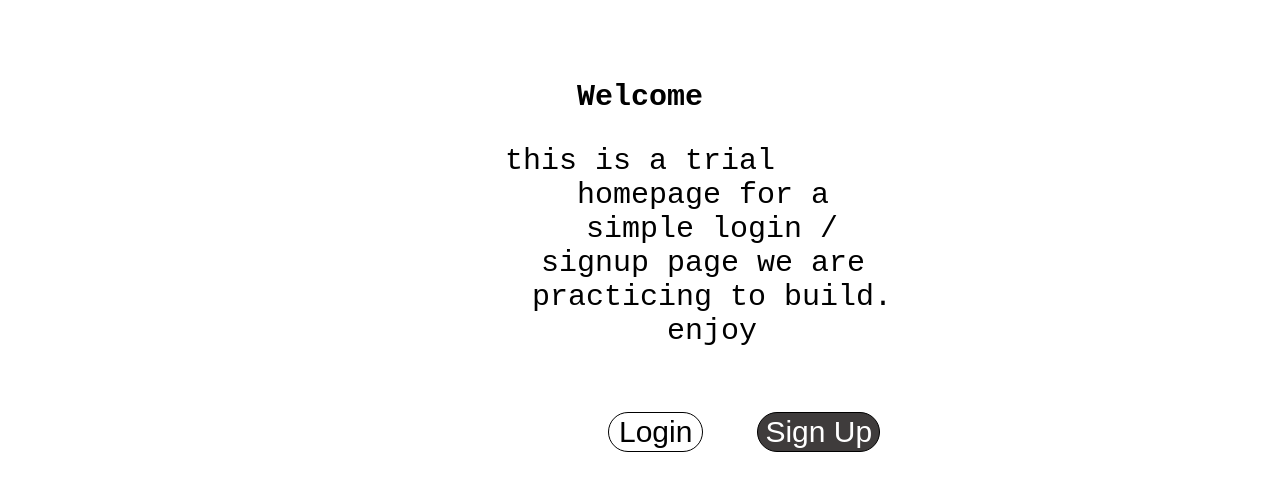
Repository: yhung004/TUTORIAL_PAGE
Page: home.html
An editor plug-in stored every save of this project. The page is shown before and after the next save, followed by the edit.
The browser window is 1280 px wide. The pictures show the whole page.

Above is the page before, as saved 2024-04-10 02:01:41.

### home.html
<!DOCTYPE html>
<html lang="en">
<head>
    <meta charset="UTF-8">
    <meta name="viewport" content="width=device-width, initial-scale=1.0">
    <title>Document</title>
    <link rel="stylesheet" href="main.css">
</head>
<body>
    <h3 class="welcome">Welcome</h3>
    <pre class="welcome_text">this is a trial
        homepage for a
        simple login /
        signup page we are
        practicing to build.
        enjoy
    </pre>
    <button class="button_a">
       <a href="#" class="button_a1">Login</a>
    </button>
    <button class="button_b">
        <a href="#" class="button_b1">Sign Up</a>
    </button>
</body>
</html>

### main.css
.welcome{
    text-align: center;
    font-family: 'Courier New', Courier, monospace;
    font-size: 30px;
    margin-top: 80px;
}
.welcome_text {
    text-align:center;
    font-family: 'Courier New', Courier, monospace;
    font-size: 30px;
}
.button_a {
    position: relative;
    left: 600px;
    border: 1px solid black;
    background-color:white;
    border-radius: 20px;
    font-size: 30px;
    padding: 2px 10px 2px 10px;
}
.button_b {
    position: relative;
    right: -650px;
    border : 1px solid black;
    border-radius: 20px;
    background-color: rgb(63, 60, 60);
    color:white;
    font-size: 30px;
    padding: 2px 7px 2px 7px;
}
a.button_b1 {
    text-decoration: none;
    color:white;
}
a.button_a1 {
    text-decoration:none;
    color:black;
}

After the next save:
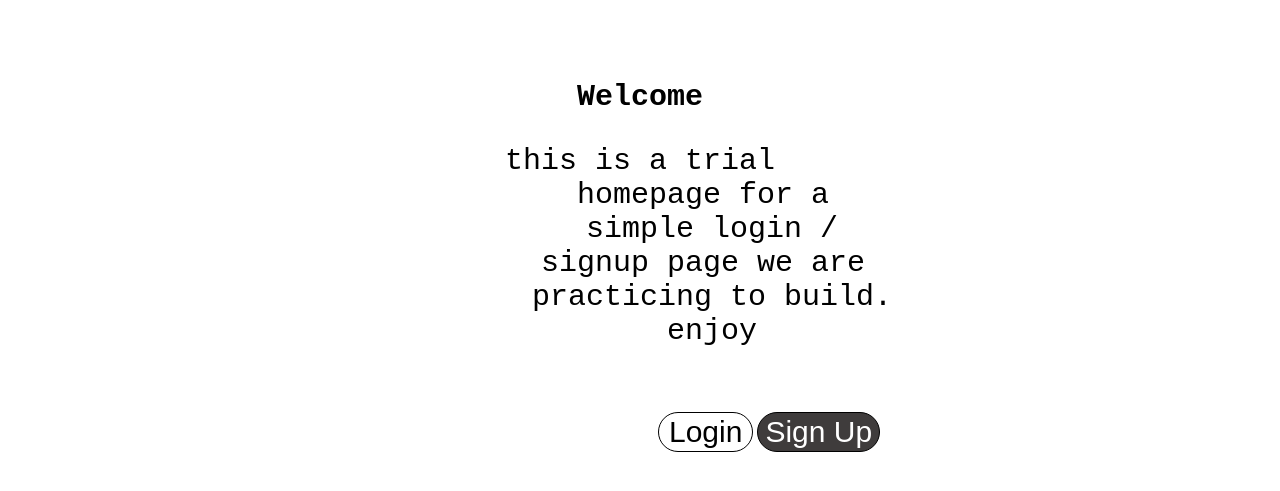
Saved 13 s later.
--- a/main.css
+++ b/main.css
@@ -11,7 +11,7 @@
 }
 .button_a {
     position: relative;
-    left: 600px;
+    left: 650px;
     border: 1px solid black;
     background-color:white;
     border-radius: 20px;
